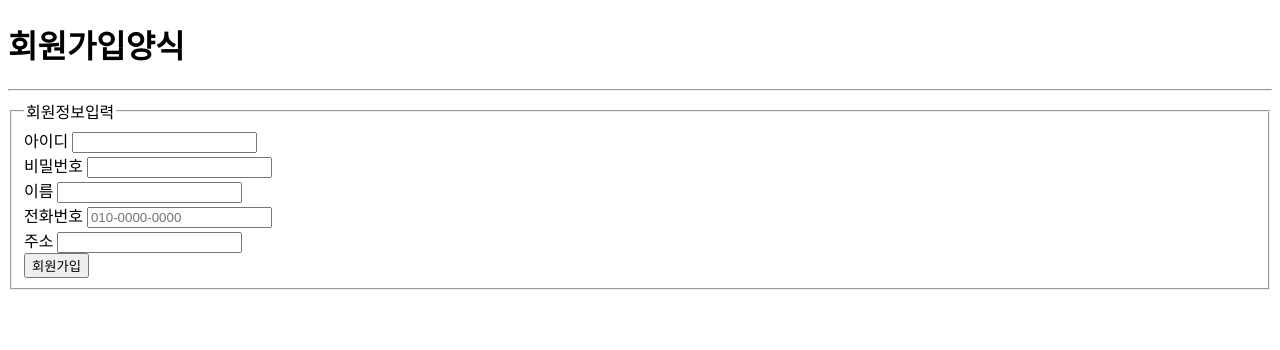
Repository: JWbase/Web_JAVA
Page: web-workspace/03_dbProject/src/main/webapp/html/joinFrm.html
An editor plug-in stored every save of this project. The page is shown before and after the next save, followed by the edit.
The browser window is 1280 px wide. The pictures show the whole page.

Above is the page before, as saved 2022-08-30 01:40:52.

After the next save:
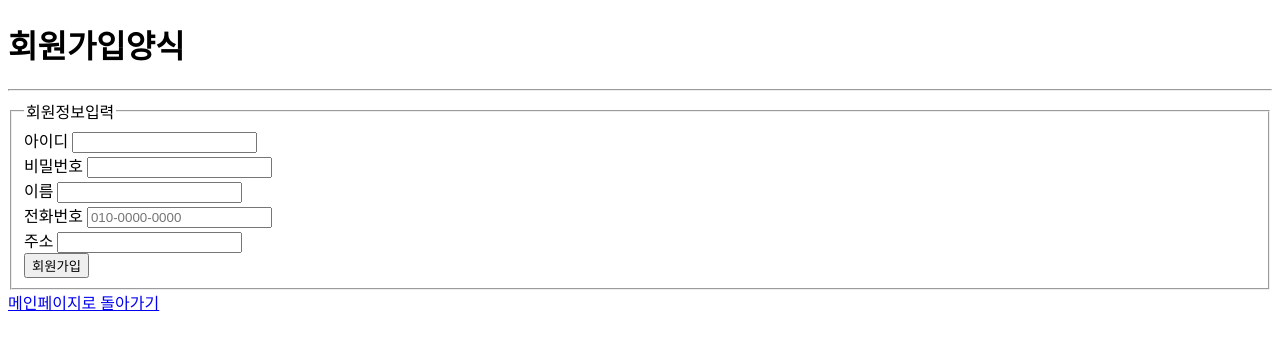
Saved 14 s later.
--- a/web-workspace/03_dbProject/src/main/webapp/html/joinFrm.html
+++ b/web-workspace/03_dbProject/src/main/webapp/html/joinFrm.html
@@ -22,6 +22,7 @@
 		<input type="text" name="memberAddr" id="memberAddr"><br>
 		<input type="submit" value="회원가입">
 	</fieldset>
+	<a href="/">메인페이지로 돌아가기</a>
 	</form>
 </body>
 </html>
